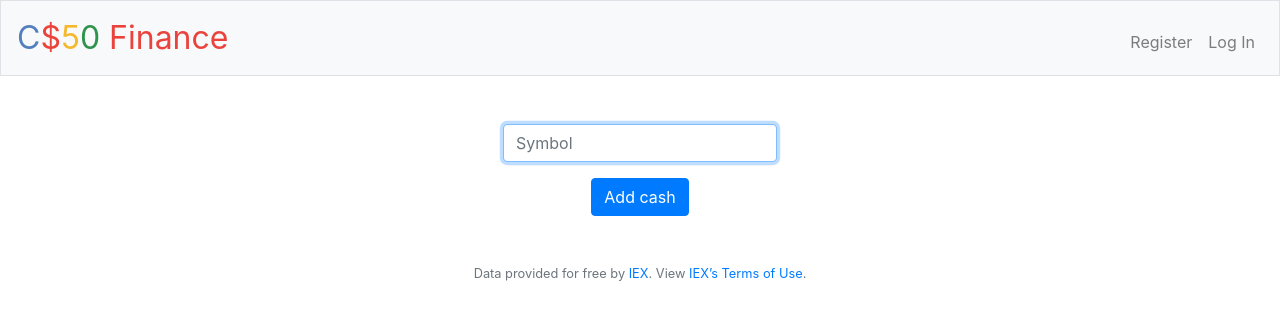
Repository: tavrora/cs50_ide
Page: pset8/finance/templates/cash.html
The author's editor kept a record of every edit. The page is drawn from the files as they stood at one moment, then again after the next edit.
The browser window is 1280 px wide. The pictures show the whole page.
The template is drawn by Flask 3. The application's start-up code is not run. The template is opened directly, without the code that normally fills it, so the values that code supplies are empty.

Above is the page before.

After the next edit:
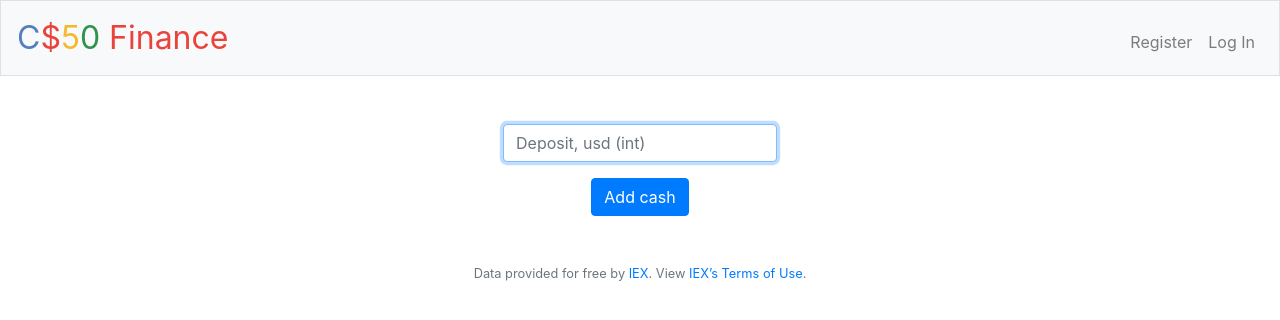
The edit:
--- a/pset8/finance/templates/cash.html
+++ b/pset8/finance/templates/cash.html
@@ -5,8 +5,8 @@
 {% endblock %}
 
 {% block main %}
-    <form action="/quote" method="post">
-        <input autocomplete="off" autofocus class="form-control" name="symbol" placeholder="Symbol" type="text">
+    <form action="/cash" method="post">
+        <input autocomplete="off" autofocus class="form-control" name="cash" placeholder="Deposit, usd (int)" type="text">
         <div class="form-group"></div>
         <button class="btn btn-primary" type="submit">Add cash</button>
     </form>
